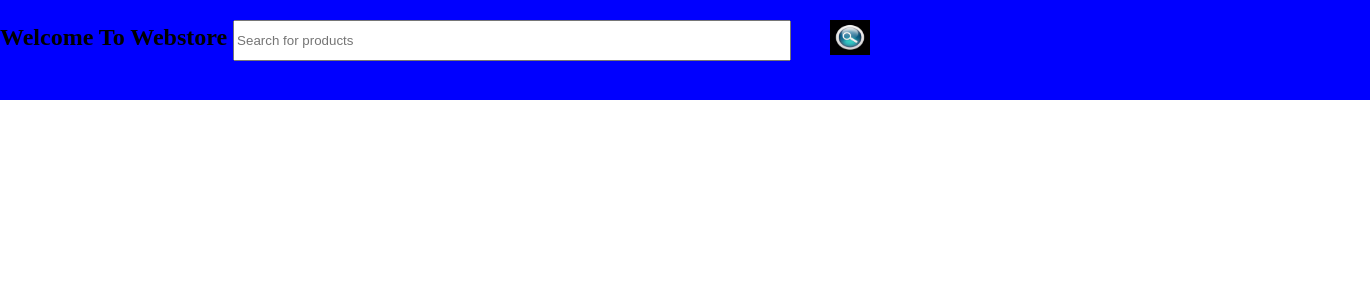
Repository: sourogithub/Final-yr-project-using-j2ee
Page: http://localhost/Webstore/JSP Pages/Front.jsp
The author's editor kept a copy of each file at every save. The page is drawn from the files as they stood at one save, then again after the next save.
The browser window is 1280 px wide. The page is 1370 px wide, so the pictures cover 1370 px, including what lies to the right of the window. The pictures show the whole page.
The page is served by Tomcat 9.

Above is the page before, as saved 2017-04-11 08:59:33.

After the next save:
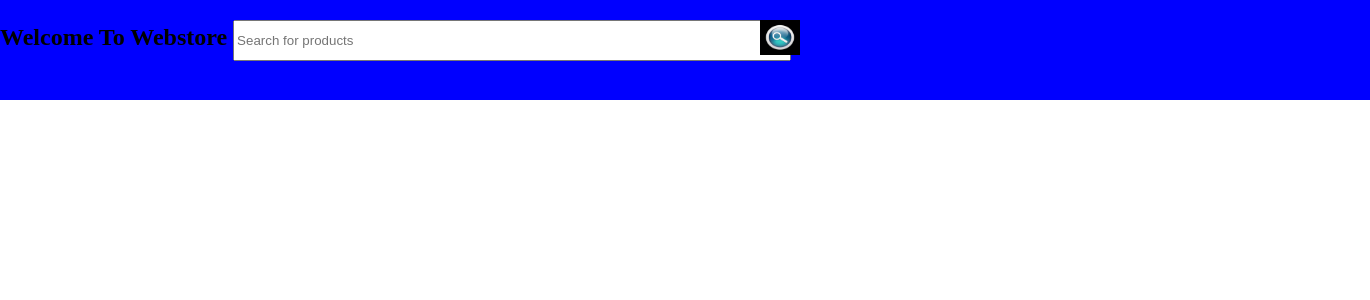
Saved 9 s later.
--- a/Webstore/WebContent/JSP Pages/Front.jsp
+++ b/Webstore/WebContent/JSP Pages/Front.jsp
@@ -10,7 +10,7 @@
 <div id="top"  style="background:blue; height:100px;position:absolute;top:0px;width:1370px;">
 <h2>Welcome To Webstore
 <input type="text" placeholder="Search for products" required style="border-width:2;width:550px;height:35px">
-<a><img src="../images/search-images-17.jpg" height="35px" width="40px" style="position:absolute;right:500px"></a>
+<a><img src="../images/search-images-17.jpg" height="35px" width="40px" style="position:absolute;right:570px"></a>
 </h2>
 </div>
 </body>
